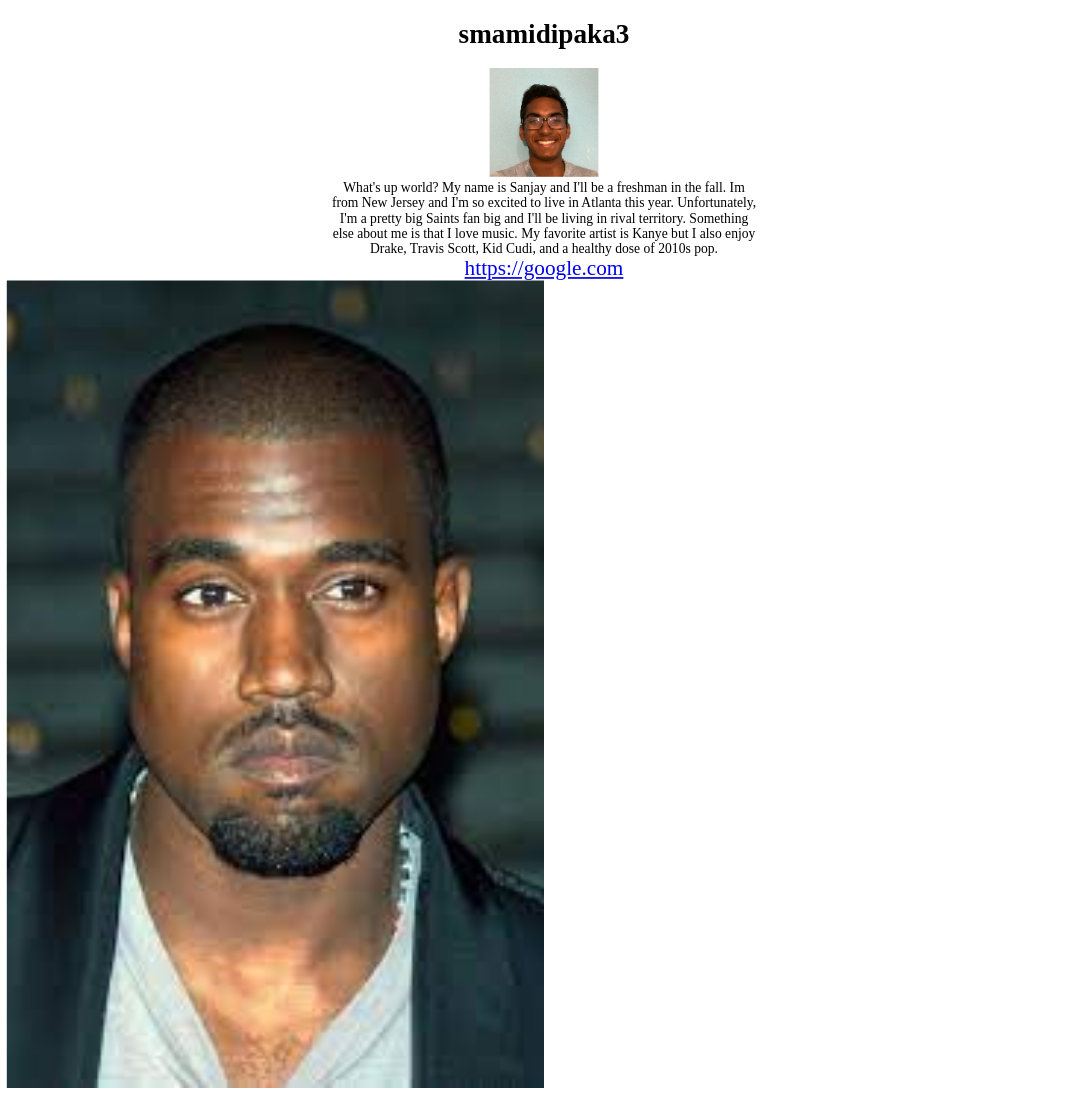
Repository: sanjayMamidipaka/cs1301
Page: lab01/index.html
These files come from the project's save history. The page is drawn as it stood at one moment and after a run of saves; the edit follows.
The browser window is 1280 px wide. The pictures show the whole page, at 85% of full size.

Above is the page before, as saved 2021-07-22 16:21:54.

After the next 2 saves:
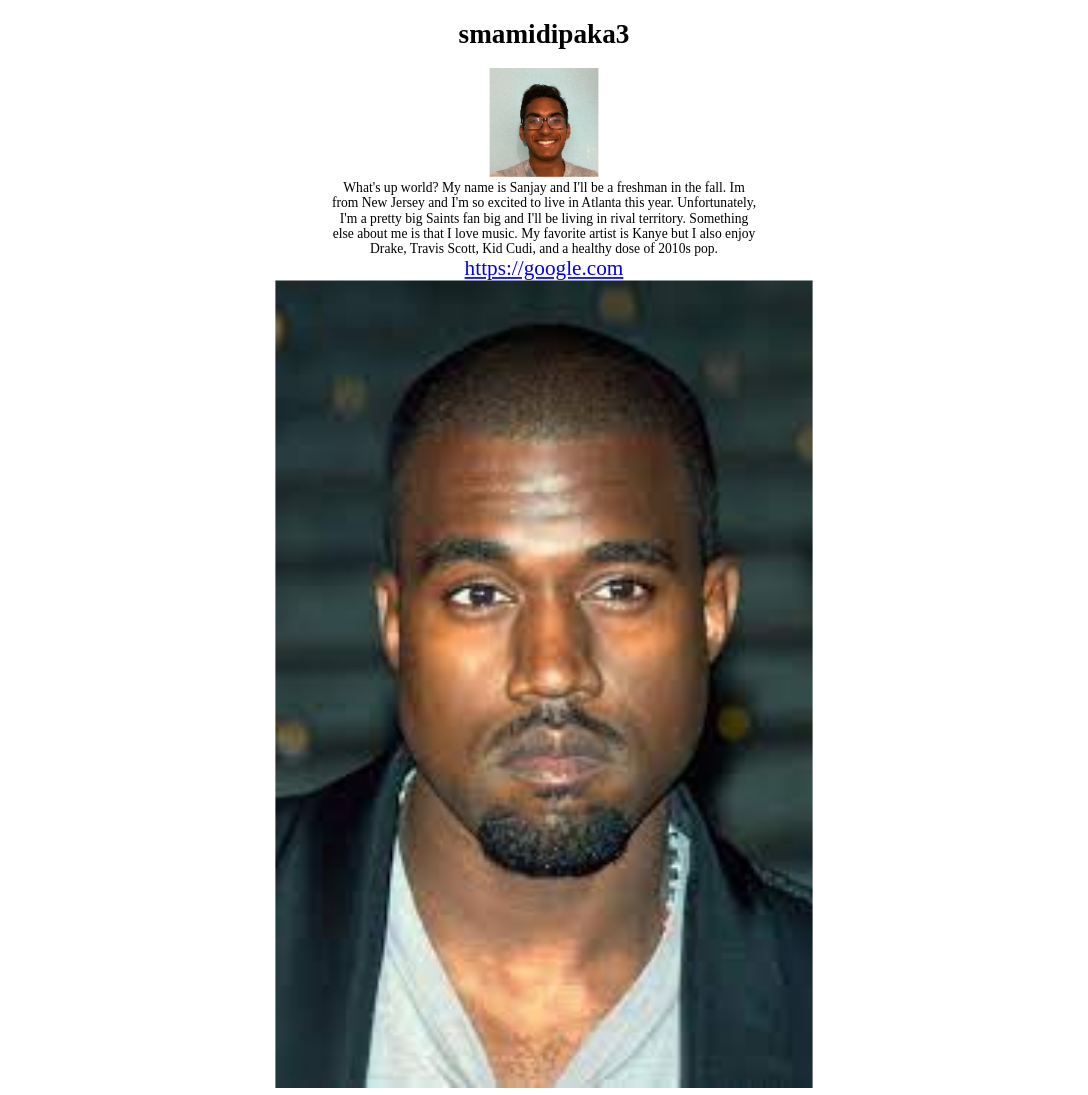
The 2 saves are shown as one change because they came seconds apart.
The last was saved 32 s later.
--- a/lab01/style.css
+++ b/lab01/style.css
@@ -13,7 +13,8 @@
 }
 
 .kanye {
+    display: block;
     margin-left: auto;
     margin-right: auto;
-    width: 50%
+    width: 50%;
 }
